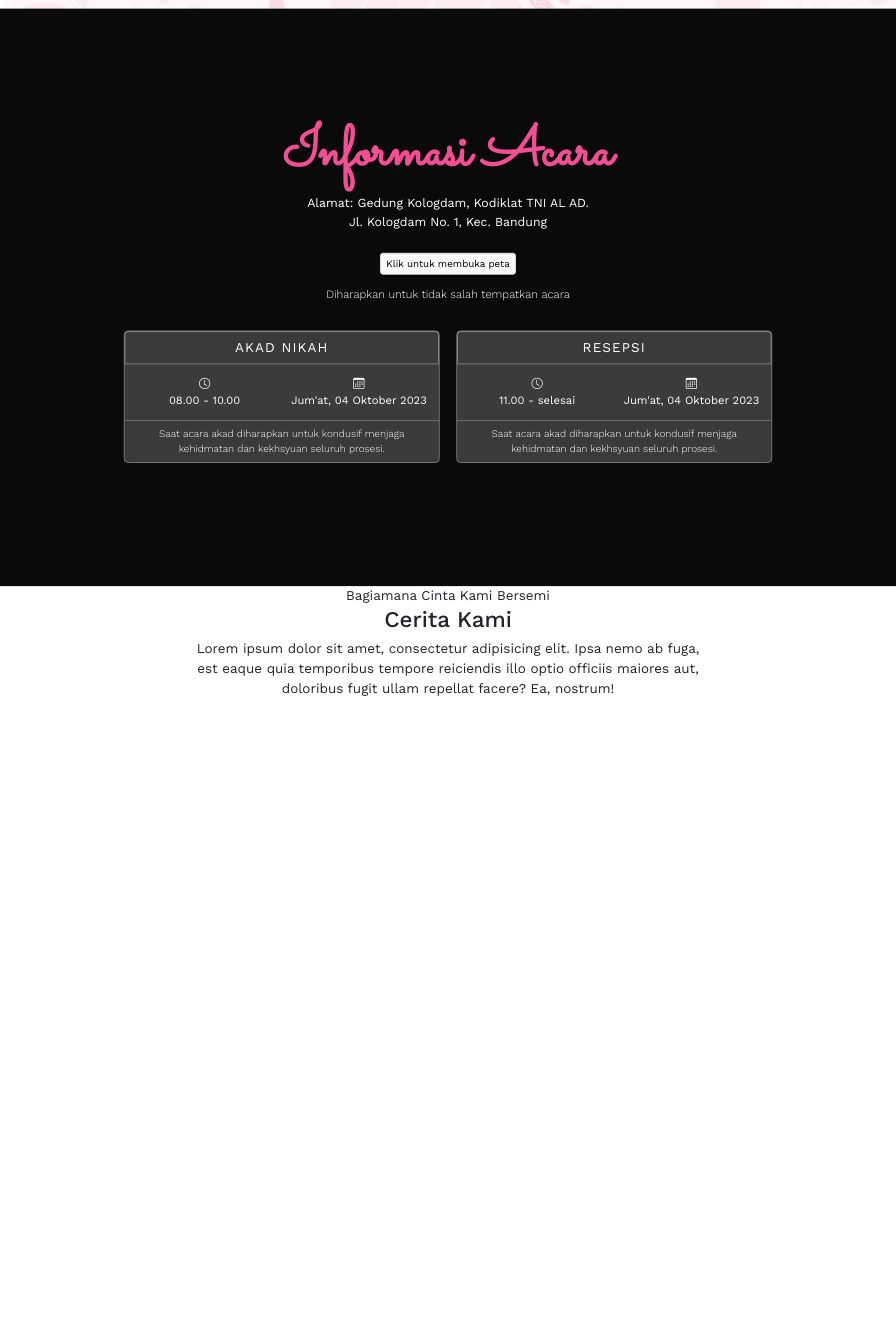
Repository: sellayspy/invitation
Page: index.html
These files come from the project's save history. The page is drawn as it stood at one moment and after the next save; the edit follows.
The browser window is 1280 px wide. The pictures show the part of the page from y = 1685 to 3605 px (the page is 4000 px tall), at 70% of full size.

Above is the page before, as saved 2024-07-08 19:08:58.

### index.html
<!DOCTYPE html>
<html lang="en">
  <head>
    <meta charset="utf-8" />
    <meta name="viewport" content="width=device-width, initial-scale=1" />
    <title>Dela & Roni</title>
    <link
      href="https://cdn.jsdelivr.net/npm/bootstrap@5.3.3/dist/css/bootstrap.min.css"
      rel="stylesheet"
      integrity="sha384-QWTKZyjpPEjISv5WaRU9OFeRpok6YctnYmDr5pNlyT2bRjXh0JMhjY6hW+ALEwIH"
      crossorigin="anonymous"
    />
    <link rel="preconnect" href="https://fonts.googleapis.com" />
    <link rel="preconnect" href="https://fonts.gstatic.com" crossorigin />
    <link
      href="https://fonts.googleapis.com/css2?family=Sacramento&family=Work+Sans:ital,wght@0,100..900;1,100..900&display=swap"
      rel="stylesheet"
    />

    <!--Simple Coutdown-->
    <link rel="stylesheet" href="coutdown/simplyCountdown.theme.default.css" />
    <script src="coutdown/simplyCountdown.min.js"></script>

    <!--Custom CSS Icon-->
    <link rel="stylesheet" href="https://cdn.jsdelivr.net/npm/bootstrap-icons@1.11.3/font/bootstrap-icons.min.css">

    <link rel="stylesheet" href="style.css" />
  </head>
  <body>
    <section
      id="hero"
      class="hero w-100 h-100 p-3 mx-auto text-center d-flex justify-content-center align-items-center text-white"
    >
      <main>
        <h4>Kepada Bapak/Ibu/Saudara/i,</h4>
        <h1>Dela Sri Aprialini & Roni Sahroni</h1>
        <p>Akan melangsungkan resepsi pernikahan dalam:</p>
        <div class="simply-countdown"></div>
        <a href="#undangan" class="btn btn-lg mt-4">Lihat Undangan</a>
      </main>
    </section>

    <nav class="navbar navbar-expand-md bg-transparent sticky-top mynavbar">
      <div class="container">
        <a class="navbar-brand" href="#">Spy</a>
        <button
          class="navbar-toggler border-0"
          type="button"
          data-bs-toggle="offcanvas"
          data-bs-target="#offcanvasNavbar"
          aria-controls="offcanvasNavbar"
          aria-label="Toggle navigation"
        >
          <span class="navbar-toggler-icon"></span>
        </button>
        <div
          class="offcanvas offcanvas-end"
          tabindex="-1"
          id="offcanvasNavbar"
          aria-labelledby="offcanvasNavbarLabel"
        >
          <div class="offcanvas-header">
            <h5 class="offcanvas-title" id="offcanvasNavbarLabel">Spy</h5>
            <button
              type="button"
              class="btn-close"
              data-bs-dismiss="offcanvas"
              aria-label="Close"
            ></button>
          </div>
          <div class="offcanvas-body">
            <div class="navbar-nav ms-auto">
              <a class="nav-link" href="#home">Home</a>
              <a class="nav-link" href="#info">Info</a>
              <a class="nav-link" href="#story">Story</a>
              <a class="nav-link" href="#gallery">Gallery</a>
              <a class="nav-link" href="#rsvp">RSVP</a>
              <a class="nav-link" href="#gifts">Gifts</a>
            </div>
          </div>
        </div>
      </div>
    </nav>

    <section id="home" class="home">
      <div class="container">
        <div class="row justify-content-center">
          <div class="col-md-8 text-center">
            <h2>Acara Pernikahan</h2>
            <h3>
              Diselenggarakan pada 04 oktober 2024 di Tasikmalaya, Jawa Barat
            </h3>
            <p>
              Oleh karena itu, dengan segala hormat, kami bermaksud untuk
              mengundang Bapak/Ibu, Saudara/i, untuk hadir pada acara pernikahan
              kami.
            </p>
          </div>
        </div>

        <div class="row couple">
          <div class="col-lg-6">
            <div class="row">
              <div class="col-8 text-end">
                <h3>Roni Sahroni</h3>
                <p>
                  Lorem ipsum dolor, sit amet consectetur adipisicing elit. Quis
                  rerum qui, placeat harum quod saepe eius necessitatibus sunt
                  doloremque! Aperiam, laborum doloribus quos sit et adipisci
                  molestias iure sunt dolorum?
                </p>
                <p>
                  Putra dari Bpk. Lorem <br />
                  dan Ibu Ipsum
                </p>
              </div>
              <div class="col-4">
                <img
                  src="img/Desain tanpa judul (1).jpg"
                  alt="Roni Sahroni"
                  class="img-responsive rounded-circle"
                />
              </div>
            </div>
          </div>

          <span class="heart"><i class="bi bi-heart-fill"></i></span>

          <div class="col-lg-6">
            <div class="row">
              <div class="col-4">
                <img
                  src="img/Desain tanpa judul (2).jpg"
                  alt="Dela Sri"
                  class="img-responsive rounded-circle"
                />
              </div>
              <div class="col-8">
                <h3>Dela Sri</h3>
                </h3>
                <p>
                  Lorem ipsum dolor, sit amet consectetur adipisicing elit. Quis
                  rerum qui, placeat harum quod saepe eius necessitatibus sunt
                  doloremque! Aperiam, laborum doloribus quos sit et adipisci
                  molestias iure sunt dolorum?
                </p>
                <p>
                  Putra dari Bpk. Lorem <br />
                  dan Ibu Ipsum
                </p>
              </div>
            </div>
          </div>
        </div>
      </div>
    </section>

    <section id="info" class="info">
      <div class="container">
        <div class="row justify-content-center">
          <div class="col-md-8 col-10 text-center">
            <h2>Informasi Acara</h2>
            <p class="alamat">Alamat: Gedung Kologdam, Kodiklat TNI AL AD. <br> Jl. Kologdam No. 1, Kec. Bandung</p>
            <a href="https://maps.app.goo.gl/j2RVmCKoAZy6CYFM9" target="_blank" class="btn btn-light btn-sm my-3">Klik untuk membuka peta</a>
            <p class="description">Diharapkan untuk tidak salah tempatkan acara</p>
          </div>
        </div>

        <div class="row justify-content-center mt-4">
          <div class="col-md-5 col-10">
            <div class="card text-center text-bg-light mb-5">
         <div class="card-header">Akad Nikah</div>
              <div class="card-body">
                <div class="row justify-content-center">
                  <div class="col-md-6">
                    <i class="bi bi-clock d-block"></i>
                    <span>08.00 - 10.00</span>
                  </div>
                  <div class="col-md-6">
                    <i class="bi bi-calendar3 d-block"></i>
                    <span>Jum'at, 04 Oktober 2023</span>
                  </div>
                </div>
             </div>
         <div class="card-footer">
          Saat acara akad diharapkan untuk kondusif menjaga kehidmatan dan kekhsyuan seluruh prosesi.
        </div>
          </div>
          </div>

          <div class="col-md-5 col-10">
            <div class="card text-center text-bg-light">
         <div class="card-header">Resepsi</div>
              <div class="card-body">
                <div class="row justify-content-center">
                  <div class="col-md-6">
                    <i class="bi bi-clock d-block"></i>
                    <span>11.00 - selesai</span>
                  </div>
                  <div class="col-md-6">
                    <i class="bi bi-calendar3 d-block"></i>
                    <span>Jum'at, 04 Oktober 2023</span>
                  </div>
                </div>
             </div>
         <div class="card-footer">
          Saat acara akad diharapkan untuk kondusif menjaga kehidmatan dan kekhsyuan seluruh prosesi.
        </div>
          </div>
          </div>
        </div>
      </div>
    </section>

    <section id="story" class="story">
      <div class="container">
        <div class="row justify-content-center">
          <div class="col-md-8 col-10 text-center">
            <span>Bagiamana Cinta Kami Bersemi</span>
            <h2>Cerita Kami</h2>
            <p>Lorem ipsum dolor sit amet, consectetur adipisicing elit. Ipsa nemo ab fuga, est eaque quia temporibus tempore reiciendis illo optio officiis maiores aut, doloribus fugit ullam repellat facere? Ea, nostrum!</p>
          </div>
        </div>
      </div>
    </section>

    <script
      src="https://cdn.jsdelivr.net/npm/bootstrap@5.3.3/dist/js/bootstrap.bundle.min.js"
      integrity="sha384-YvpcrYf0tY3lHB60NNkmXc5s9fDVZLESaAA55NDzOxhy9GkcIdslK1eN7N6jIeHz"
      crossorigin="anonymous"
    ></script>

    <script>
      simplyCountdown(".simply-countdown", {
        year: 2024, // required
        month: 10, // required
        day: 4, // required
        hours: 8, // Default is 0 [0-23] integer
        words: {
          //words displayed into the countdown
          days: { singular: "hari", plural: "hari" },
          hours: { singular: "jam", plural: "jam" },
          minutes: { singular: "menit", plural: "menit" },
          seconds: { singular: "detik", plural: "detik" },
        },
      });
    </script>

    <script>

      const hamburger = document.querySelector(".navbar-toggler");

      const stickyTop = document.querySelector(".sticky-top");

      hamburger.addEventListener("click", () => {
        stickyTop.style.overflow = 'visible'
      });

      const offCanvas = document.querySelector(".offcanvas");

      offCanvas.addEventListener("hidden.bs.offcanvas", () => {
        stickyTop.style.overflow = 'hidden'
      });

    </script>
  </body>
</html>

### coutdown/simplyCountdown.theme.default.css
.simply-countdown {
  overflow: hidden;
  display: table;
  font-family: "Arial", sans-serif;
  margin: auto;
}
.simply-countdown > .simply-section {
  width: 50px;
  height: 50px;
  padding: 80px;
  display: flex;
  align-items: center;
  justify-content: center;
  float: left;
  margin: 10px;
  background: var(--pink);
  box-shadow: 0 1px 3px rgba(0, 0, 0, 0.12), 0 1px 2px rgba(0, 0, 0, 0.24);
  border-radius: 50%;
}
.simply-countdown > .simply-section .simply-amount,
.simply-countdown > .simply-section .simply-word {
  display: block;
  text-align: center;
}
.simply-countdown > .simply-section .simply-amount {
  font-size: 1.6rem;
}

### style.css
:root {
  --pink: #f14e95;

  --bg: #0a0a0a;

  --shadow: 0 2px 2px rgb(0 0 0/ 0.5);
}

body {
  font-size: 1.2rem;
  font-family: "Work Sans", sans-serif;
  min-height: 4000px;
}

.hero::before {
  content: "";
  position: absolute;
  top: 0;
  left: 0;
  height: 100%;
  width: 100%;
  background-image: url(img/gambar-1.jpg);
  background-size: cover;
  background-position: center;
  z-index: -1;
  filter: blur(2px);
}

.hero {
  position: relative;
  min-height: 100vh;
}

.hero h1,
.hero h4,
.hero p {
  text-shadow: var(--shadow);
}

.hero h1 {
  font-family: "Sacramento", cursive;
  font-size: 6rem;
}

.hero h4 {
  font-size: 1.6rem;
}

.hero p {
  font-size: 1.4rem;
}

.hero a {
  color: var(--pink);

  background-color: white;

  box-shadow: var(--shadow);
}

.hero a:hover {
  background-color: var(--pink);
  color: white;
}

.mynavbar {
  background-color: rgba(255, 255, 255, 0.4) !important;
  backdrop-filter: blur(4px);
}

.mynavbar .offcanvas {
  height: 100vh;
}

.mynavbar .navbar-brand,
.mynavbar .offcanvas-title {
  font-family: "Sacramento", cursive;
  font-size: 3.2rem;
  font-weight: bold;
}

.mynavbar .nav-link {
  text-transform: uppercase;
}

.home {
  background-image: url(img/Desain\ tanpa\ judul.png);
  background-size: cover;
  min-height: 100vh;
  margin-top: -6rem;
  padding-top: 15rem;
  padding-bottom: 5rem;
}

.home h2,
.info h2 {
  color: var(--pink);
  font-family: "Sacramento", cursive;
  font-size: 5rem;
  font-weight: bold;
}

.home h3 {
  color: #444;
  font-size: 1.5rem;
  margin-bottom: 1rem;
}

.home p {
  font-size: 1.1rem;
  color: #666;
}

.home .couple {
  margin-top: 100px;
}

.home .couple h3 {
  font-family: "Sacramento";
  font-size: 2.4rem;
  color: var(--pink);
}

.home .couple img {
  width: 100%;
}

.home .heart {
  width: 50px;
  height: 50px;
  background-color: white;
  display: flex;
  border-radius: 50%;
  box-shadow: 0 0 5px rgba(0, 0, 0, 0.5);
  position: absolute;
  left: 50%;
  transform: translateX(-50%) translateY(65px);
}

.home .heart i {
  margin: auto;
  color: var(--pink);
}

.info {
  background-color: var(--bg);
  color: white;
  padding-top: 10rem;
  padding-bottom: 8rem;
}

.info .alamat {
  font-size: 1.1rem;
}

.info .description {
  font-size: 1rem;
  font-weight: 300;
}

.info .card {
  background-color: rgba(255, 255, 255, 0.2) !important;
  color: white !important;
  border: 1px solid #999;
}

.info .card-header {
  border: 1px solid #999;
  text-transform: uppercase;
  letter-spacing: 0.1rem;
}

.info .card-body {
  font-size: 1rem;
}

.info .card-footer {
  border-top: 1px solid #999;
  font-size: 0.9rem;
  font-weight: 300;
}

/* Media Query */

/* Extra large devices (large laptops and desktops, 1200px and up) */

@media (max-width: 1200px) {
  .home .heart {
    transform: translateX(-50%) translateY(45px);
  }
}

/* Laptop */
@media (max-width: 992px) {
  html {
    font-size: 75%;
  }
  .simply-countdown > .simply-section {
    padding: 70px;
  }

  .home .heart {
    display: none;
  }
}

/* Tablet */
@media (max-width: 768px) {
  html {
    font-size: 65%;
  }
  .simply-countdown > .simply-section {
    padding: 60px;
    margin: 5px;
  }

  .mynavbar .nav-link {
    font-size: 2rem;
    text-align: center;
  }

  .sticky-top {
    overflow: hidden;
  }
}

/* mobile phone */
@media (max-width: 576px) {
  html {
    font-size: 55%;
  }
  .simply-countdown > .simply-section {
    padding: 45px;
    margin: 3px;
  }
}

Loaded but not shown: coutdown/simplyCountdown.min.js (library)

After the next save:
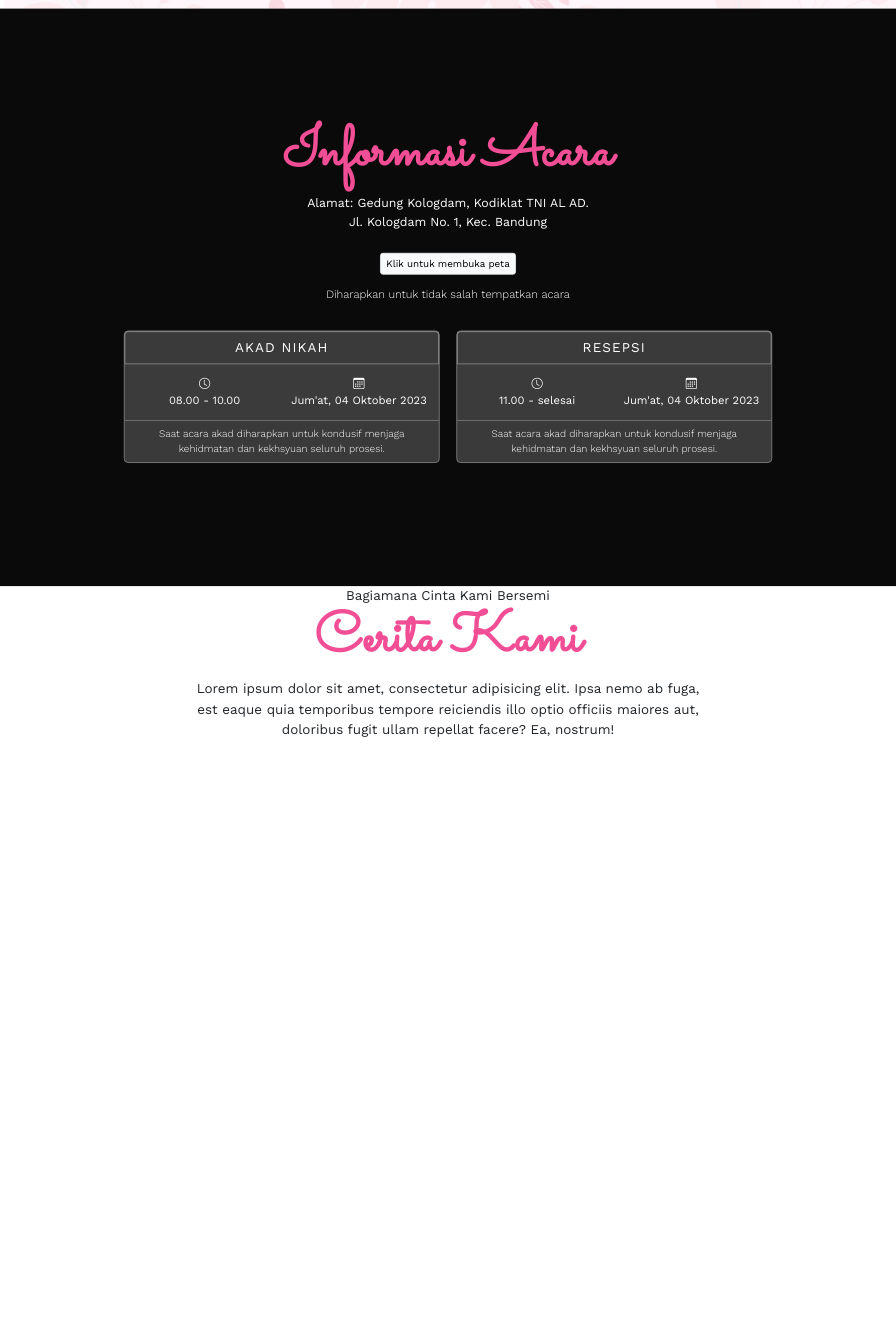
Saved 50 s later.
--- a/style.css
+++ b/style.css
@@ -93,7 +93,8 @@ body {
 }
 
 .home h2,
-.info h2 {
+.info h2,
+.story h2 {
   color: var(--pink);
   font-family: "Sacramento", cursive;
   font-size: 5rem;
